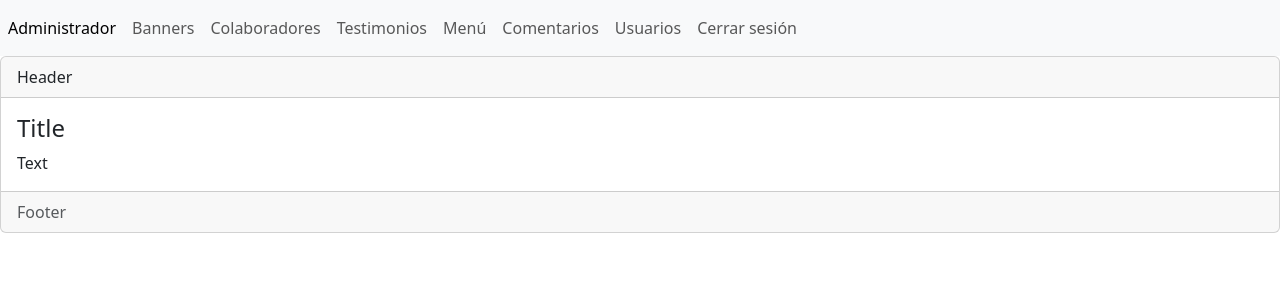
Repository: salextros/Restaurant-Project-PHP-MySQL
Page: http://localhost/restaurant/admin/seccion/banners/index.php
The author's editor kept a copy of each file at every save. The page is drawn from the files as they stood at one save, then again after the next save.
The browser window is 1280 px wide. The pictures show the whole page.
The page is run by PHP 8.4 with error messages shown; the project is at /var/www/html/.

Above is the page before, as saved 2026-01-17 23:22:16.

After the next save:
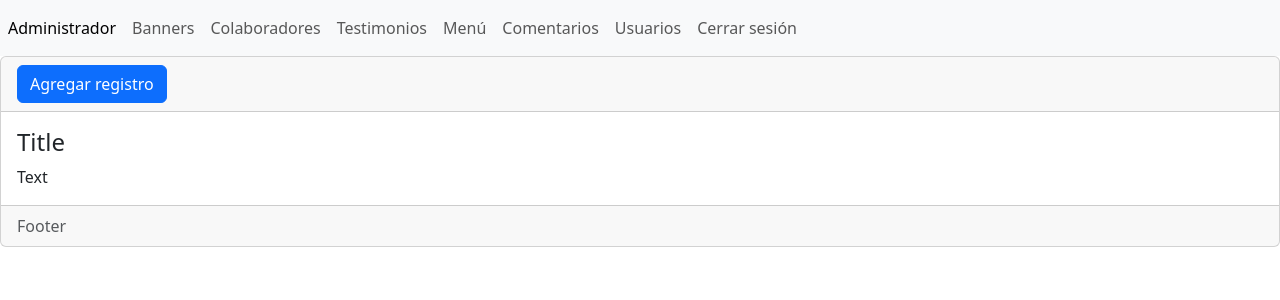
Saved 3 min 16 s later.
--- a/restaurant/admin/seccion/banners/index.php
+++ b/restaurant/admin/seccion/banners/index.php
@@ -1,7 +1,10 @@
 <?php include ("../../templates/header.php"); ?>
 
 <div class="card">
-    <div class="card-header">Header</div>
+    <div class="card-header">
+        <input name="" id="" class="btn btn-primary" type="button" value="Agregar registro">
+
+    </div>
     <div class="card-body">
         <h4 class="card-title">Title</h4>
         <p class="card-text">Text</p>
